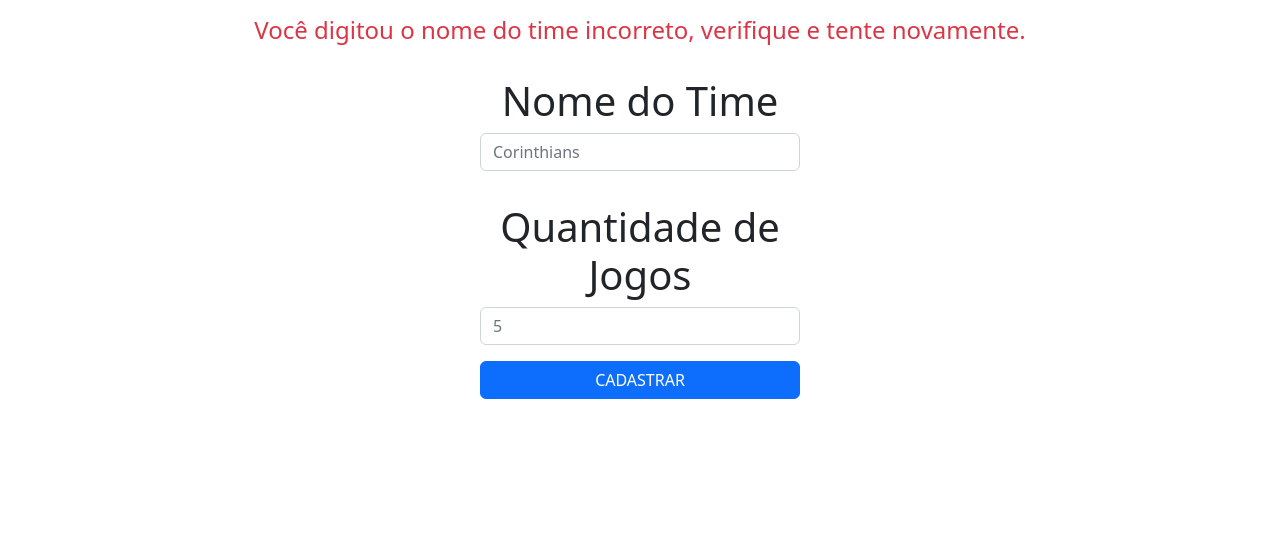
Repository: ricardodamaceno/Coeficiente-de-Variacao-de-Gols
Page: http://localhost/add-erro
An editor plug-in stored every save of this project. The page is shown before and after the next save, followed by the edit.
The browser window is 1280 px wide. The pictures show the whole page.
The page is this project's Thymeleaf template; nobody is signed in. The template is opened directly, without the code that normally fills it, so the values that code supplies are empty.

Above is the page before, as saved 2022-09-20 18:29:55.

### aposta-tozo/src/main/resources/templates/add-erro.html
<!DOCTYPE html>
<html xmlns:th="http://www.thymeleaf.org">
<head>
<meta name="viewport"
	content="width = device-width, initial-scale = 1, shrink-to-fit = no">
<!-- CSS only -->
<link
	href="https://cdn.jsdelivr.net/npm/bootstrap@5.2.1/dist/css/bootstrap.min.css"
	rel="stylesheet"
	integrity="sha384-iYQeCzEYFbKjA/T2uDLTpkwGzCiq6soy8tYaI1GyVh/UjpbCx/TYkiZhlZB6+fzT"
	crossorigin="anonymous">
<title>Apostas Esportivas</title>
</head>

<body>
<h4 class="mb-3 mt-3 text-center text-danger">Você digitou o nome do time incorreto, verifique e tente novamente.</h4>
<div class="col-md-3 rounded mx-auto d-block">
	<form method="post" action="/add">
		<div class="mb-3 text-center">
			<label for="exampleInputEmail1" class="form-label mt-3 h1">Nome do Time</label>
			<input type="text" placeholder="Corinthians" class="form-control" name="nomeTime">
		</div>
		<div class="mb-3 text-center">
			<label for="exampleInputEmail1" class="form-label mt-3 h1">Quantidade de Jogos</label>
			<input type="number" placeholder="5" class="form-control" name="jogosAnalisados">
		</div>
		<button type="submit" class="btn btn-primary rounded mx-auto d-block col-md-12">CADASTRAR</button>
	</form>
</div>
</body>
</html>

After the next save:
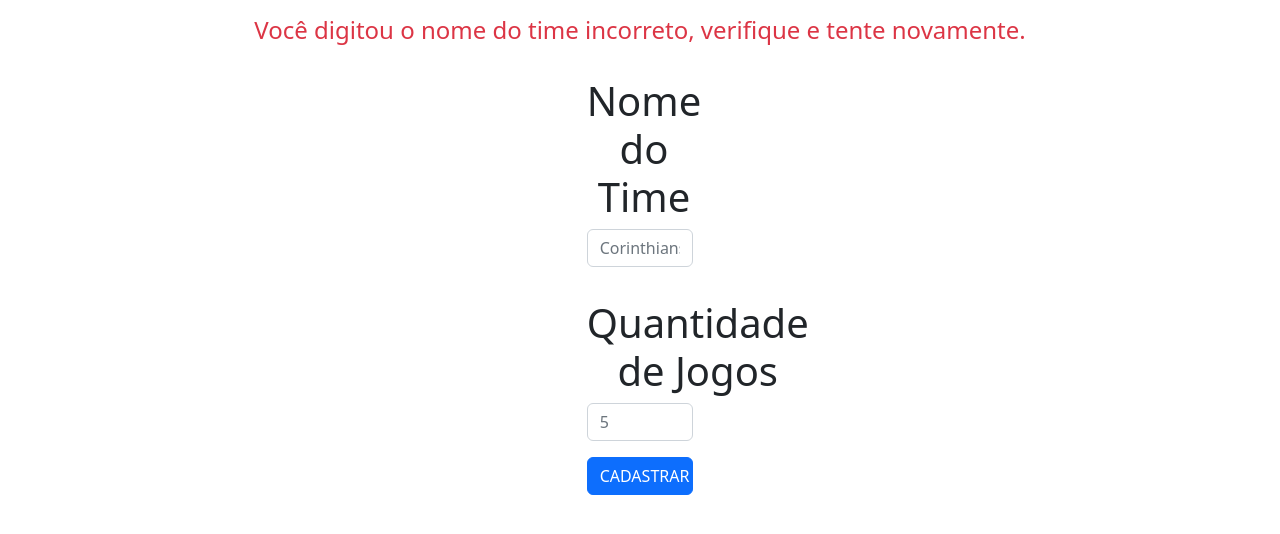
Saved 99 s later.
--- a/aposta-tozo/src/main/resources/templates/add-erro.html
+++ b/aposta-tozo/src/main/resources/templates/add-erro.html
@@ -14,7 +14,7 @@
 
 <body>
 <h4 class="mb-3 mt-3 text-center text-danger">Você digitou o nome do time incorreto, verifique e tente novamente.</h4>
-<div class="col-md-3 rounded mx-auto d-block">
+<div class="col-md-1 rounded mx-auto d-block">
 	<form method="post" action="/add">
 		<div class="mb-3 text-center">
 			<label for="exampleInputEmail1" class="form-label mt-3 h1">Nome do Time</label>
